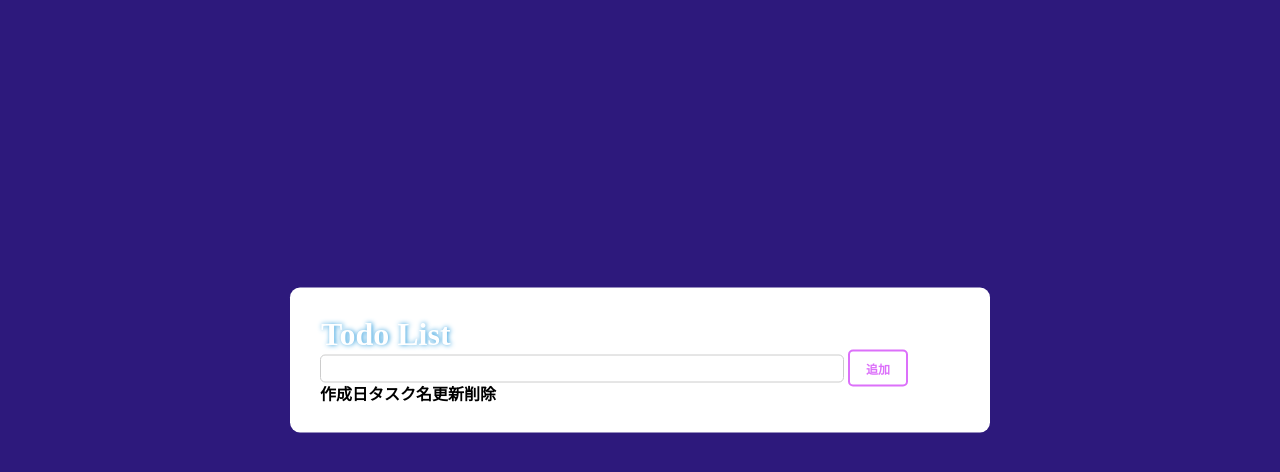
Repository: azuma2/todo
Page: http://localhost/
The author's editor kept a copy of each file at every save. The page is drawn from the files as they stood at one save, then again after the next save.
The browser window is 1280 px wide. The pictures show the whole page.
The page is served by the project's Laravel application, run on PHP 8.4 with Laravel 8. Other server files are loaded and not shown. Queries for data that is not in the repository find no rows.

Above is the page before, as saved 2022-03-21 13:39:55.

### routes/web.php
<?php

use Illuminate\Support\Facades\Route;
use App\Http\Controllers\TodoController;

Route::get('/', [TodoController::class, 'index']);
Route::get('/todo/create', [TodoController::class, 'add']);
Route::post('/todo/create', [TodoController::class, 'create']);
Route::get('/todo/update', [TodoController::class, 'edit']);
Route::post('/todo/update', [TodoController::class, 'update']);
Route::get('/todo/delete', [TodoController::class, 'delete']);
Route::post('/todo/delete', [TodoController::class, 'remove']);
Route::post('/', [TodoController::class, 'post']);


Route::post('/delete', [TodoController::class, 'delete'])->name('todo.delete');

### app/Http/Controllers/TodoController.php
<?php

namespace App\Http\Controllers;

use App\Models\Todo;
use Illuminate\Http\Request;
use Illuminate\Support\Facades\DB;

class TodoController extends Controller
{
    public function index()
    {
        $items = Todo::all();
        $items = DB::select('select * from todos');

        return view('index', ['items' => $items]);
    }

    public function bind(Todo $todo)
    {
        $data = [
            'item'=>$todo,
        ];


        return view('todo.binds', $data);
    }
    public function add()
    {
        return view('add');
    }
    public function create(Request $request)
    {

$param =

        $this->validate($request, Todo::$rules);
        $form = $request->all();
        Todo::create($form);

[
                'content' => $request->name,
        ];
        DB::insert('insert into todos (content) values (:content)', $param);


        return redirect('/');
    }


     public function edit(Request $request)
    {
        $todo = Todo::find($request->id);
        return view('edit', ['form' => $todo]);
    }
    public function update(Request $request)
    {
        $this->validate($request, Todo::$rules);
        $form = $request->all();
        unset($form['_token']);
        Todo::where('id', $request->id)->update($form);
        return redirect('/');
    }




    public function delete(Request $request)
    {
        $param = ['id' => $request->id];
        $item = DB::select('select * from todos where id = :id', $param);
        return view('delete', ['form' => $item[0]]);
    }
    public function remove(Request $request)
    {
        $param = ['id' => $request->id];
        DB::delete('delete from todos where id =:id', $param);
        return redirect('/');
    }





}

### app/Models/todo.php
<?php

namespace App\Models;

use App\Models\Todo;
use Illuminate\Database\Eloquent\Factories\HasFactory;
use Illuminate\Database\Eloquent\Model;

class Todo extends Model

{
        use HasFactory;

    protected $fillable = ['content'];

    public static $rules = array(
        'content' => 'required',
    );






}

### resources/views/index.blade.php
<!DOCTYPE html>
<html lang="ja">
<head>
    <meta charset="UTF-8">
    <meta http-equiv="X-UA-Compatible" content="IE=edge">
    <meta name="viewport" content="width=device-width, initial-scale=1.0">
    <link rel="stylesheet" href="{{ asset('\resources\views\layouts\reset.css') }}" >
    <title>@yield('title')</title>
    <style>
    body {
      font-size:16px;
      margin: 5px;
      background-color: #2d197c;
    }
    .container{

    }
    .title{
    }
        td {
      padding: 5px 10px;
      text-align: center;
        display:flex;

        }


    .narabe{
      display:flex;
    }

    .button {
    text-align: left;
    border: 2px solid #dc70fa;
    font-size: 12px;
    color: #dc70fa;
    background-color: #fff;
    font-weight: bold;
    padding: 8px 16px;
    border-radius: 5px;
    cursor: pointer;
    transition: 0.4s;
    outline: none;
}
.input-add {
    width: 80%;
    padding: 5px;
    border-radius: 5px;
    border: 1px solid #ccc;
    appearance: none;
    font-size: 14px;
    outline: none;
}
.input-update {
    width: 90%;
    padding: 5px;
    border-radius: 5px;
    border: 1px solid #ccc;
    appearance: none;
    font-size: 14px;
    outline: none;
}
    .card {
    background-color: #fff;
    width: 50vw;
    padding: 30px;
    position: absolute;
    top: 50%;
    left: 50%;
    transform: translate(-50%, -50%);
    border-radius: 10px;
}
    h1 {
      font-size:32px;
      color:white;
      text-shadow:1px 0 5px #289ADC;
      margin-left: 1px
    }
    .content {
      margin:10px;
    }
    </style>
  </head>

  <body>


  <div class="container">
    <div class="card">

      <h1 class="title">Todo List</h1>
            <div class="todo">
              @if ($errors->has('content'))
                  <tr>
  　                <th>ERROR</th>
                　<td>
                  {{$errors->first('content')}}
                 </td>
            </tr>
          @endif
        <form action="/todo/create" method="post">
            @csrf
          <input type="text" class="input-add" name="content" />
          <input class="button" type="submit" value="追加" />
        </form>
          @csrf
          <div class="narabe">
        <table>
            @csrf
          <tr>
            <th>作成日</th>
            <th>タスク名</th>
            <th>更新</th>
            <th>削除</th>
          </tr>

                    <tr>
            @foreach ($items as $item)

            <td>
              {{$item->created_at}}
            </td>
            <form action="/todo/update?id=1" method="post">
              @csrf
              <td>

                <input type="text" class="input-update" value="{{$item->content}}" name="content" />
              </td>
              <td>

                <button class="button">更新</button>
              </td>
            </form>
            <td>

              <form action="/todo/delete?id=1" method="post">

                              @csrf
                <button class="button">削除</button>
              </form>
            </td>
            </div>
          </tr>
           @endforeach
                  </table>
      </div>
    </div>
  </div>
  </div>





</body>

</html>

### resources/views/layouts/reset.css
/*
html5doctor.com Reset Stylesheet
v1.6.1
Last Updated: 2010-09-17
Todo: Richard Clark - http://richclarkdesign.com
Twitter: @rich_clark
*/

html, body, div, span, object, iframe,
h1, h2, h3, h4, h5, h6, p, blockquote, pre,
abbr, address, cite, code,
del, dfn, em, img, ins, kbd, q, samp,
small, strong, sub, sup, var,
b, i,
dl, dt, dd, ol, ul, li,
fieldset, form, label, legend,
table, caption, tbody, tfoot, thead, tr, th, td,
article, aside, canvas, details, figcaption, figure,
footer, header, hgroup, menu, nav, section, summary,
time, mark, audio, video {
    margin:0;
    padding:0;
    border:0;
    outline:0;
    font-size:100%;
    vertical-align:baseline;
    background:transparent;
}

body {
    line-height:1;
}

article,aside,details,figcaption,figure,
footer,header,hgroup,menu,nav,section {
    display:block;
}

nav ul {
    list-style:none;
}

blockquote, q {
    quotes:none;
}

blockquote:before, blockquote:after,
q:before, q:after {
    content:'';
    content:none;
}

a {
    margin:0;
    padding:0;
    font-size:100%;
    vertical-align:baseline;
    background:transparent;
}

/* change colours to suit your needs */
ins {
    background-color:#ff9;
    color:#000;
    text-decoration:none;
}

/* change colours to suit your needs */
mark {
    background-color:#ff9;
    color:#000;
    font-style:italic;
    font-weight:bold;
}

del {
    text-decoration: line-through;
}

abbr[title], dfn[title] {
    border-bottom:1px dotted;
    cursor:help;
}

table {
    border-collapse:collapse;
    border-spacing:0;
}

/* change border colour to suit your needs */
hr {
    display:block;
    height:1px;
    border:0;
    border-top:1px solid #cccccc;
    margin:1em 0;
    padding:0;
}

input, select {
    vertical-align:middle;
}

Loaded but not shown: app/Http/Controllers/Controller.php (common file)

After the next save:
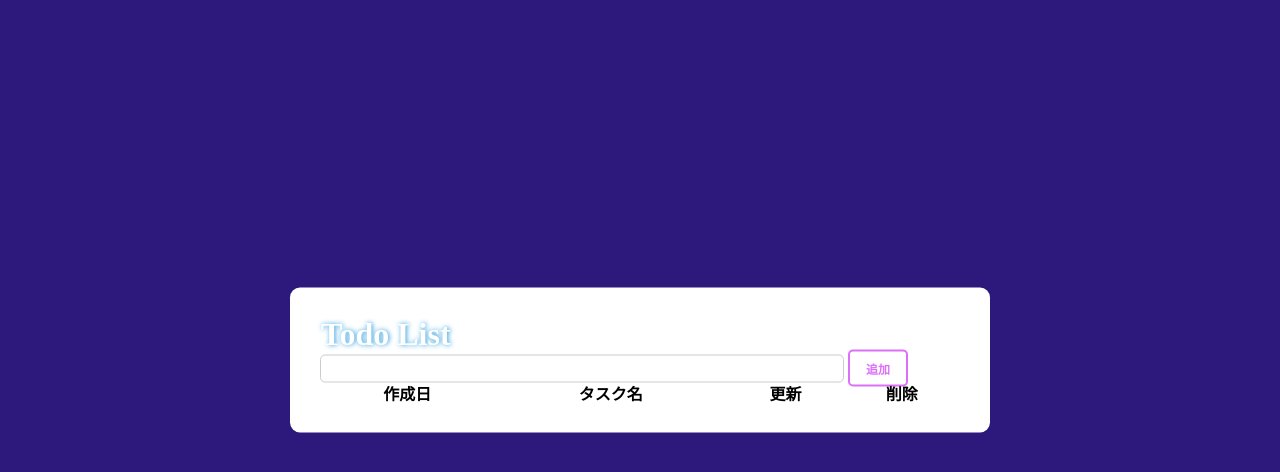
Saved 4 s later.
--- a/resources/views/index.blade.php
+++ b/resources/views/index.blade.php
@@ -27,6 +27,7 @@
 
     .narabe{
       display:flex;
+        flex-flow: column;
     }
 
     .button {
